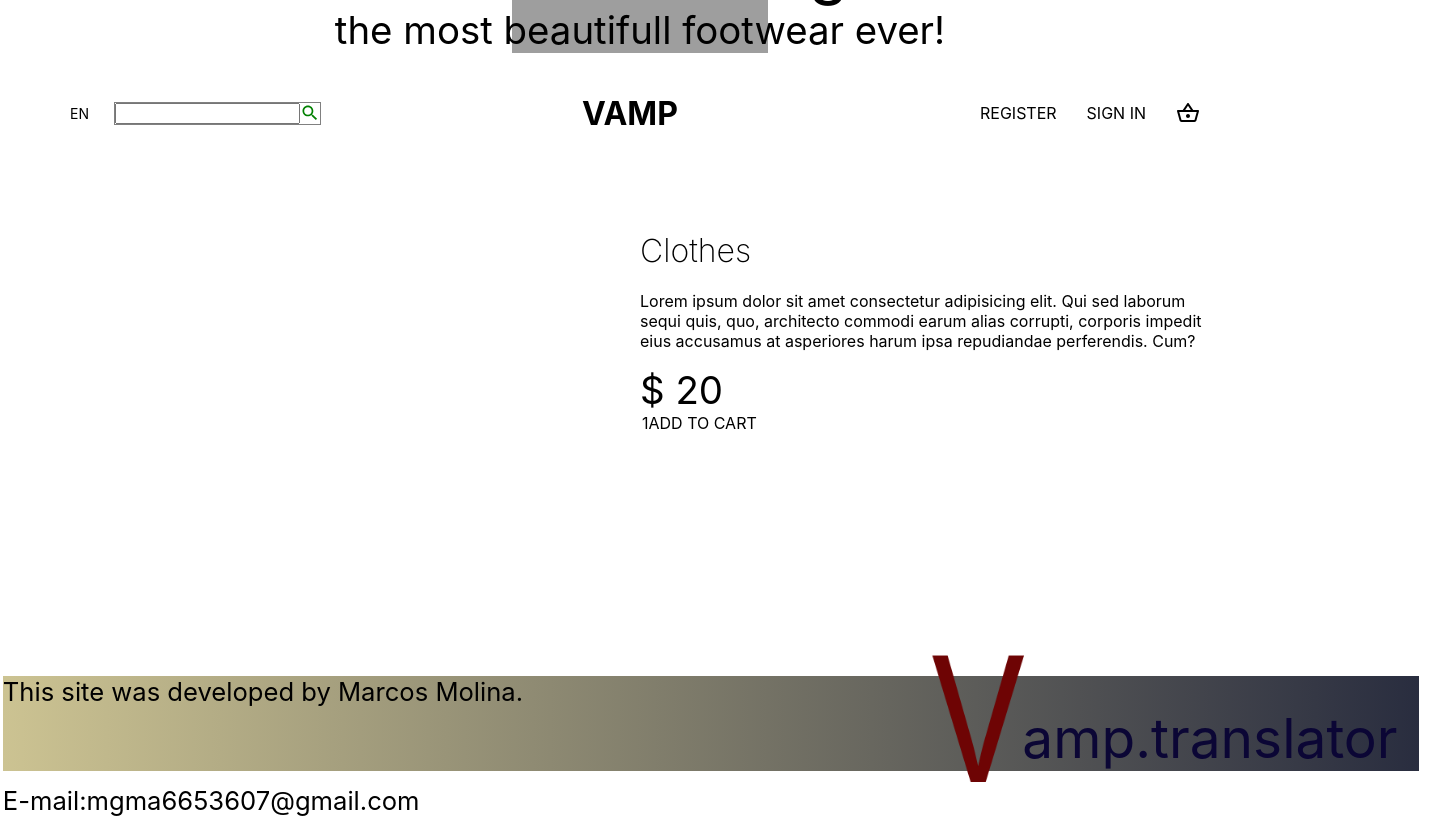
Repository: mgma2005/ecoeli
Page: /
These files come from the project's save history. The page is drawn as it stood at one moment and after the next save; the edit follows.
The browser window is 1280 px wide. The page is 1419 px wide, then 1431 px, so the pictures cover 1431 px, including what lies to the right of the window. The pictures show the part of the page from y = 120 to 960 px (the page is 960 px tall).
Pictures or frames that could not be fetched are drawn as grey boxes. The project was rebuilt for these pictures with package versions that can differ from the ones it lists, and the page was loaded fresh each time. Also part of the build but not shown: src/App.css.

Above is the page before, as saved 2022-05-14 17:42:37.

After the next save:
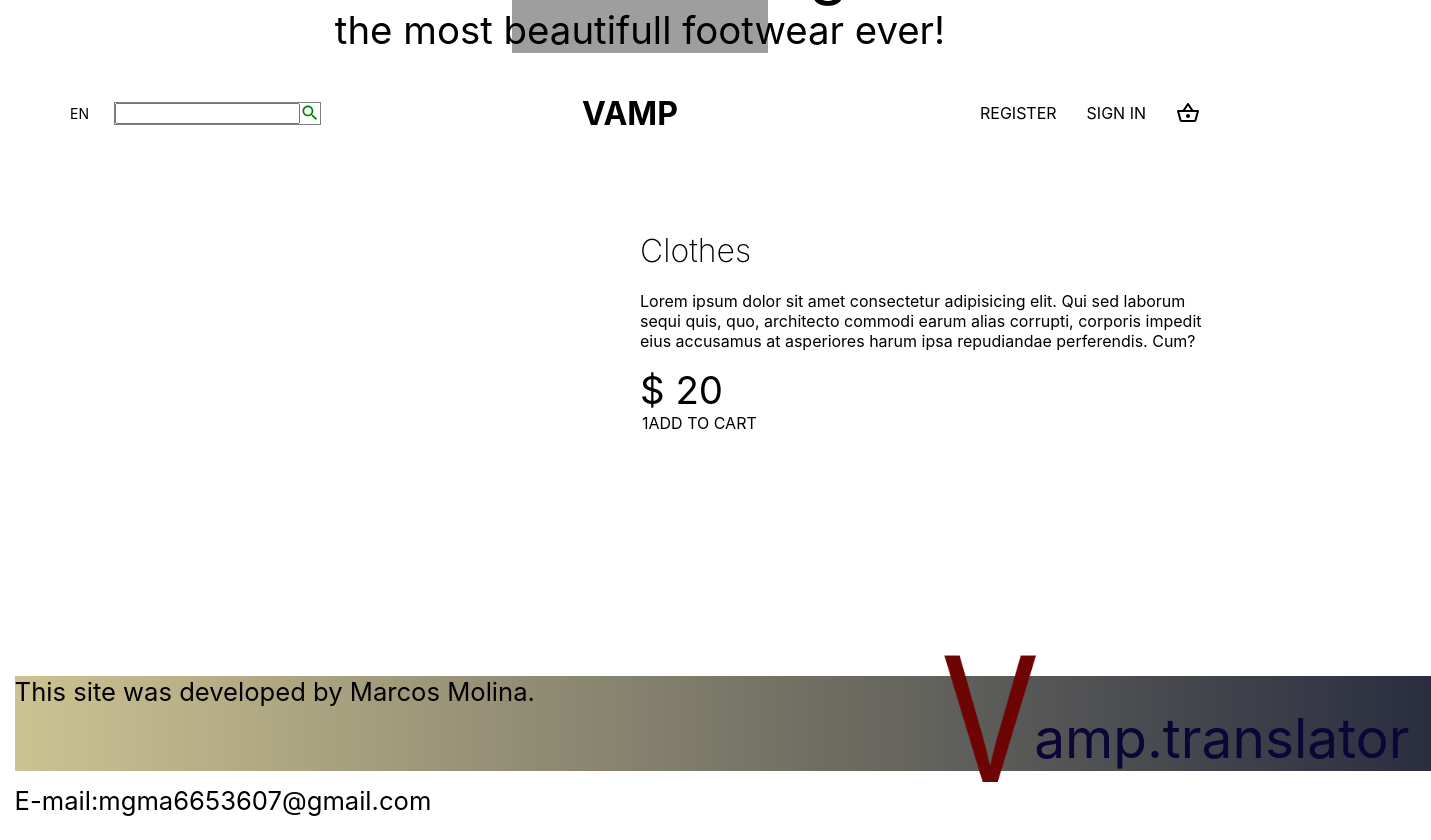
Saved 5 s later.
--- a/src/style.css
+++ b/src/style.css
@@ -1,5 +1,5 @@
 .cont2{
-    margin-left: -4%;
+    margin-left: -3%;
     width: 120%;
     height: auto;
     background: linear-gradient(to right, rgb(204, 195, 146),rgb(41, 45, 63));
